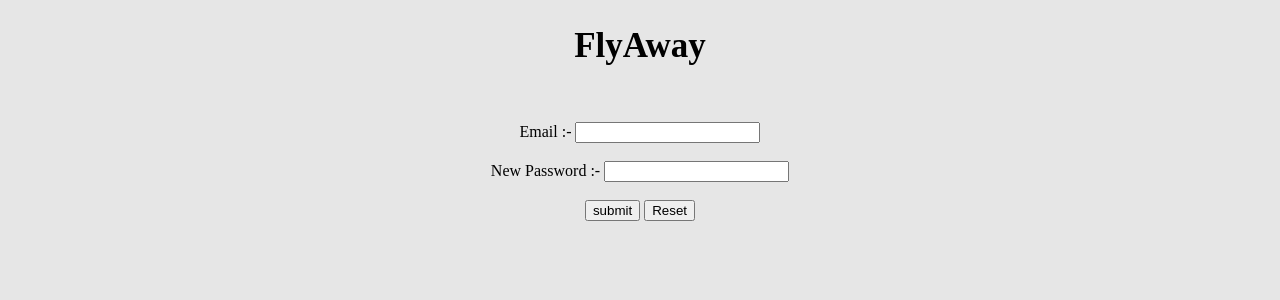
Repository: badrilogaram/Phase-two-project
Page: http://localhost/FlyAway-master/ForgotPassword.jsp
These files come from the project's save history. The page is drawn as it stood at one moment and after the next save; the edit follows.
The browser window is 1280 px wide. The pictures show the whole page.
The page is served by Tomcat 9. Other server files are loaded and not shown.

Above is the page before, as saved 2021-05-27 23:15:10.

### FlyAway-master/src/main/webapp/ForgotPassword.jsp
<%@ page language="java" contentType="text/html; charset=ISO-8859-1"
    pageEncoding="ISO-8859-1"%>
<!DOCTYPE html>
<html>
<head>
<meta charset="ISO-8859-1">
<title>Insert title here</title>
</head>
<body style="background-color:rgb(230,230,230)">
<br>
<center>
<a href=HomePage.jsp style="color:black;text-decoration:none ;font-size:35px;font-weight:bold;">FlyAway</a>
</center>
<br><br>

<center>
<div style="border:3px Navy;width:25%;border-radius:20px;padding:20px">
<form action=ForgotPassword method=post>
	<label for=email>Email :-</label> <input type="email" name=email id=email /><br><br>
	<label for=pass>New Password :-</label> <input type="password" name=password id=pass /><br><br>
	<input type=submit value=submit /> <input type=reset />
</form>
</div>
</center>

</body>
</html>

After the next save:
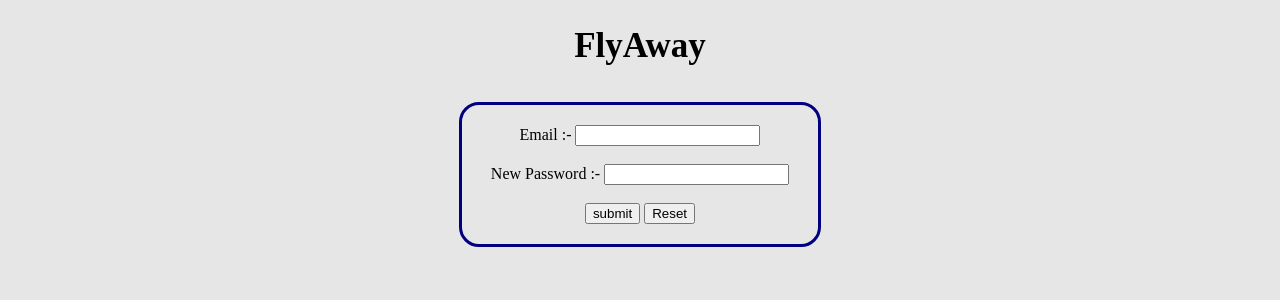
Saved 15 s later.
--- a/FlyAway-master/src/main/webapp/ForgotPassword.jsp
+++ b/FlyAway-master/src/main/webapp/ForgotPassword.jsp
@@ -14,7 +14,7 @@
 <br><br>
 
 <center>
-<div style="border:3px Navy;width:25%;border-radius:20px;padding:20px">
+<div style="border:3px solid Navy;width:25%;border-radius:20px;padding:20px">
 <form action=ForgotPassword method=post>
 	<label for=email>Email :-</label> <input type="email" name=email id=email /><br><br>
 	<label for=pass>New Password :-</label> <input type="password" name=password id=pass /><br><br>
